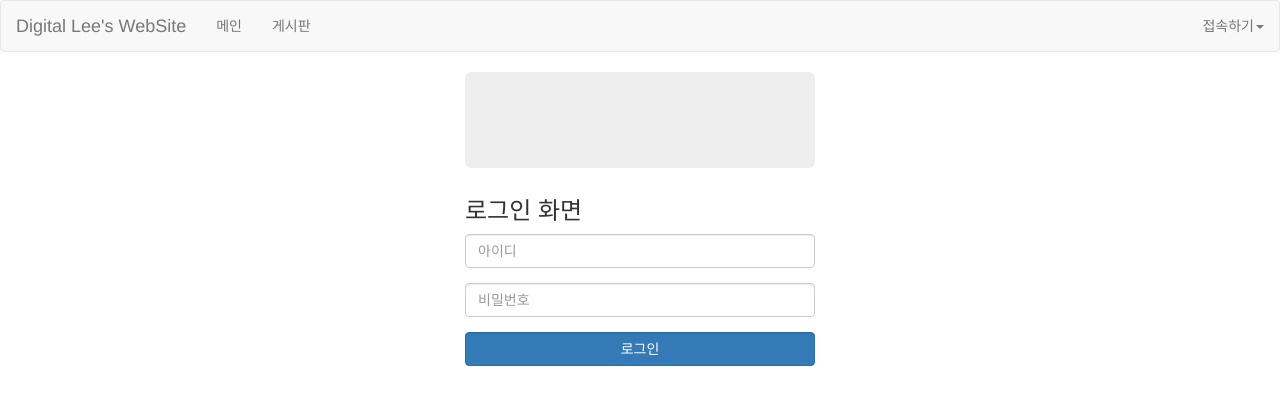
Repository: seung-kook/JSPBBS
Page: http://localhost/BBS/login.jsp
An editor plug-in stored every save of this project. The page is shown before and after the next save, followed by the edit.
The browser window is 1280 px wide. The pictures show the whole page.
Some web libraries are served in a nearby version. The page is served by Tomcat 9. Other server files are loaded and not shown.

Above is the page before, as saved 2022-02-03 12:11:05.

### BBS/src/main/webapp/login.jsp
<%@ page language="java" contentType="text/html; charset=UTF-8"
    pageEncoding="UTF-8"%>
<!DOCTYPE html>
<html>
<head>
<meta charset="UTF-8">
<meta name="viewport" content="width=device-width, initial-scale=1">
<link rel="stylesheet" href="css/bootstrap.css">
<title>Digital Lee's WebSite</title>
</head>
<body>
	<nav class="navbar navbar-default">
		<div class="navbar-header">
			<button type="button" class="navbar-toggle collapsed"
				data-toggle="collapse" data-target="#bs-example-navbar-collapse-1"
				aria-expanded="false">
				<span class="icon-bar"></span>
				<span class="icon-bar"></span>
				<span class="icon-bar"></span>
			</button>
			<a class="navbar-brand" href="main.jsp">Digital Lee's WebSite</a>
		</div>
		<div class="collapse navbar-collapse" id="bs-example-navbar-collapse-1">
			<ul class="nav navbar-nav">
				<li><a href="main.jsp">메인</a></li>
				<li><a href="bbs.jsp">게시판</a></li>
			</ul>
			<ul class="nav navbar-nav navbar-right">
				<li class="dropdown">
					<a href="#" class="dropdown-toggle"
						data-toggle="dropdown" role="button" aria-haspopup="true"
						aria-expanded="false">접속하기<span class="caret"></span></a>
					<ul class="dropdown-menu">
						<li class="active"><a href="login.jsp">로그인</a></li>
						<li><a href="join.jsp">회원가입</a></li>
					</ul>
				</li>
			</ul>
		</div>
	</nav>

	<div class="container">
		<div class="col-lg-4"></div>
		<div class="col-lg-4">
			<div class="jumbotron" style="padding=top: 20px"></div>
				<form action="loginAction.jsp" method="post">
					<h3 style="text-align": center;">로그인 화면</h3>
					<div class="form-group">
						<input type="text" class="form-control" placeholder="아이디" name="userID" maxlength="20">
					</div>
					<div class="form-group">
						<input type="password" class="form-control" placeholder="비밀번호" name="userPassword" maxlength="20">
					</div>
						<input type="submit" class="btn btn-primary form-control" value="로그인">
				</form>
		</div>
		<div class="col-lg-4"></div>
	</div>


	<script src="https://code.jquery.com/jquery-3.1.1.min.js"></script>
	<script src="js/bootstrap.js"></script>
</body>
</html>

Loaded but not shown: BBS/src/main/webapp/css/bootstrap.css (library); BBS/src/main/webapp/js/bootstrap.js (library)

After the next save:
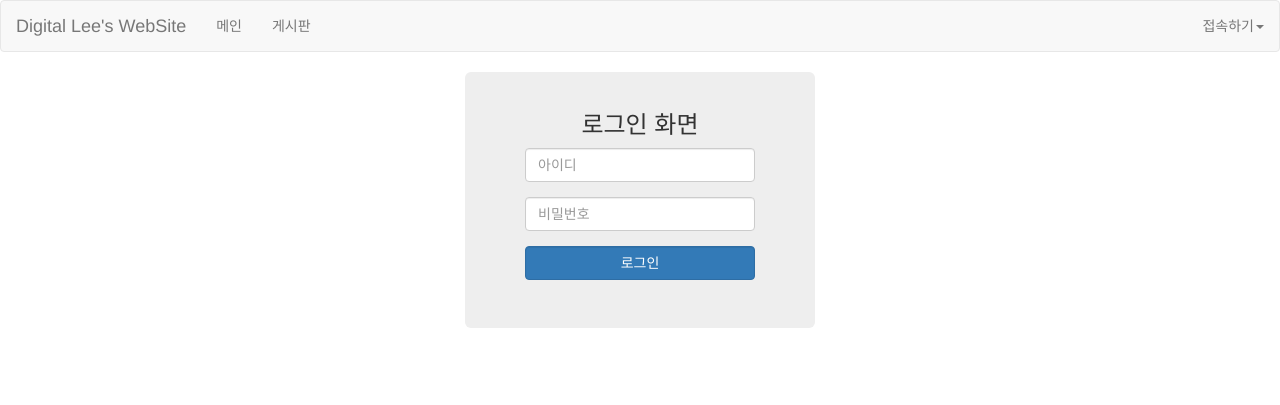
Saved 85 s later.
--- a/BBS/src/main/webapp/login.jsp
+++ b/BBS/src/main/webapp/login.jsp
@@ -42,17 +42,18 @@
 	<div class="container">
 		<div class="col-lg-4"></div>
 		<div class="col-lg-4">
-			<div class="jumbotron" style="padding=top: 20px"></div>
-				<form action="loginAction.jsp" method="post">
-					<h3 style="text-align": center;">로그인 화면</h3>
+			<div class="jumbotron" style="padding-top: 20px">
+				<form method="post" action="loginAction.jsp">
+					<h3 style="text-align: center;">로그인 화면</h3>
 					<div class="form-group">
 						<input type="text" class="form-control" placeholder="아이디" name="userID" maxlength="20">
 					</div>
 					<div class="form-group">
 						<input type="password" class="form-control" placeholder="비밀번호" name="userPassword" maxlength="20">
 					</div>
-						<input type="submit" class="btn btn-primary form-control" value="로그인">
+					<input type="submit" class="btn btn-primary form-control" value="로그인">
 				</form>
+			</div>
 		</div>
 		<div class="col-lg-4"></div>
 	</div>
